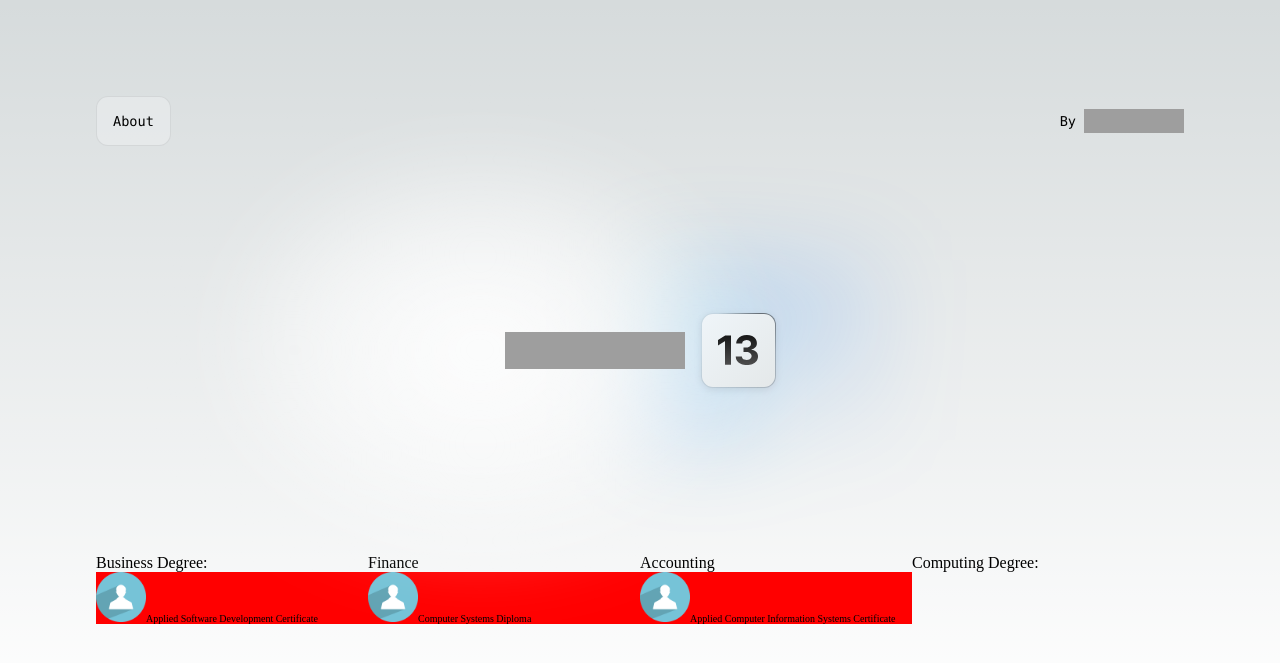
Repository: KushalK04/week3
Page: /
The author's editor kept a copy of each file at every save. The page is drawn from the files as they stood at one save, then again after the next save.
The browser window is 1280 px wide. The pictures show the whole page.
Pictures or frames that could not be fetched are drawn as grey boxes. The project was rebuilt for these pictures with package versions that can differ from the ones it lists, and the page was loaded fresh each time. The framework's server and built-in components were replaced by stand-ins that run in the browser. Also part of the build but not shown: next.config.js.

Above is the page before, as saved 2023-01-16 15:32:46.

### pages/index.js
import Head from 'next/head'
import Image from 'next/image'
import { Inter } from '@next/font/google'
import styles from '../styles/Home.module.css'
import data from '../data/education.json'
import { useState } from 'react'
import Card from '../components/Card'
import Link from 'next/link'

const inter = Inter({ subsets: ['latin'] })

export default function Home() {

  console.log(data);
  const [information, setInformation] = useState([...data])

  return (
    <>
      <Head>
        <title>Create Next App</title>
        <meta name="description" content="Generated by create next app" />
        <meta name="viewport" content="width=device-width, initial-scale=1" />
        <link rel="icon" href="/favicon.ico" />
      </Head>
      <main className={styles.main}>
        <div className={styles.description}>
          <p>
            <Link href="about">About</Link>
          </p>
          <div>
            <a
              href="https://vercel.com?utm_source=create-next-app&utm_medium=default-template&utm_campaign=create-next-app"
              target="_blank"
              rel="noopener noreferrer"
            >
              By{' '}
              <Image
                src="/vercel.svg"
                alt="Vercel Logo"
                className={styles.vercelLogo}
                width={100}
                height={24}
                priority
              />
            </a>
          </div>
        </div>

        <div className={styles.center}>
          <Image
            className={styles.logo}
            src="/next.svg"
            alt="Next.js Logo"
            width={180}
            height={37}
            priority
          />
          <div className={styles.thirteen}>
            <Image
              src="/thirteen.svg"
              alt="13"
              width={40}
              height={31}
              priority
            />
          </div>
        </div>

        <div className={styles.grid}>
          <div>Business Degree:</div>
          {
            information && information.map((info, index) => {
              if(info.department === "Business") {

                return(
                  <div key={index}>{info.degree}</div>
                )

              }

            })
          }
          <div>Computing Degree:</div>
          {
            information && information.map((info, index) => {
              if(info.department === "Computing") {

                return(
                  <Card key={index} degree={info.degree} colour="red" font="10px"/>
                )

              }

            })
          }
        </div>
      </main>
    </>
  )
}

### data/education.json
[
        {
            "studentNumber": "A0004567",
            "firstName": "Person 1",
            "gpa": 3.8,
            "department": "Business",
            "degree": "Finance",
            "graduted": 2014
        },
        {
            "studentNumber": "A0001234",
            "firstName": "Person 2",
            "gpa": 3.5,
            "department": "Business",
            "degree": "Accounting",
            "graduted": 2010
        },
        {
            "studentNumber": "A0007890",
            "firstName": "Person 3",
            "gpa": 3.2,
            "department": "Computing",
            "degree": "Applied Software Development Certificate",
            "graduted": 2018
        },
        {
            "studentNumber": "A0007828",
            "firstName": "Person 4",
            "gpa": 3.9,
            "department": "Computing",
            "degree": "Computer Systems Diploma",
            "graduted": 2021
        },
        {
            "studentNumber": "A0003425",
            "firstName": "Person 5",
            "gpa": 3.2,
            "department": "Computing",
            "degree": "Applied Computer Information Systems Certificate",
            "graduted": 2021
        }
]

### components/Card/index.js
export default function Card({
    degree = "none",
    colour = "purple",
    font = 0,
    image = 'icon/personTwo.png'
}) {
    return(
        <div style={{backgroundColor: colour, fontSize: font}}>
            {
                colour === "red" ? <img src={'icon/person.png'} width="50"/> :
                colour === "blue" ? <img src={'icon/personThree.png'} width="50"/> :
                                    <img src={image} width="50"/>
            }
            {degree}
        </div>
    )
}

Loaded but not shown: pages/_app.js (common file); pages/_document.js (common file); styles/globals.css (common file); styles/Home.module.css (common file)

After the next save:
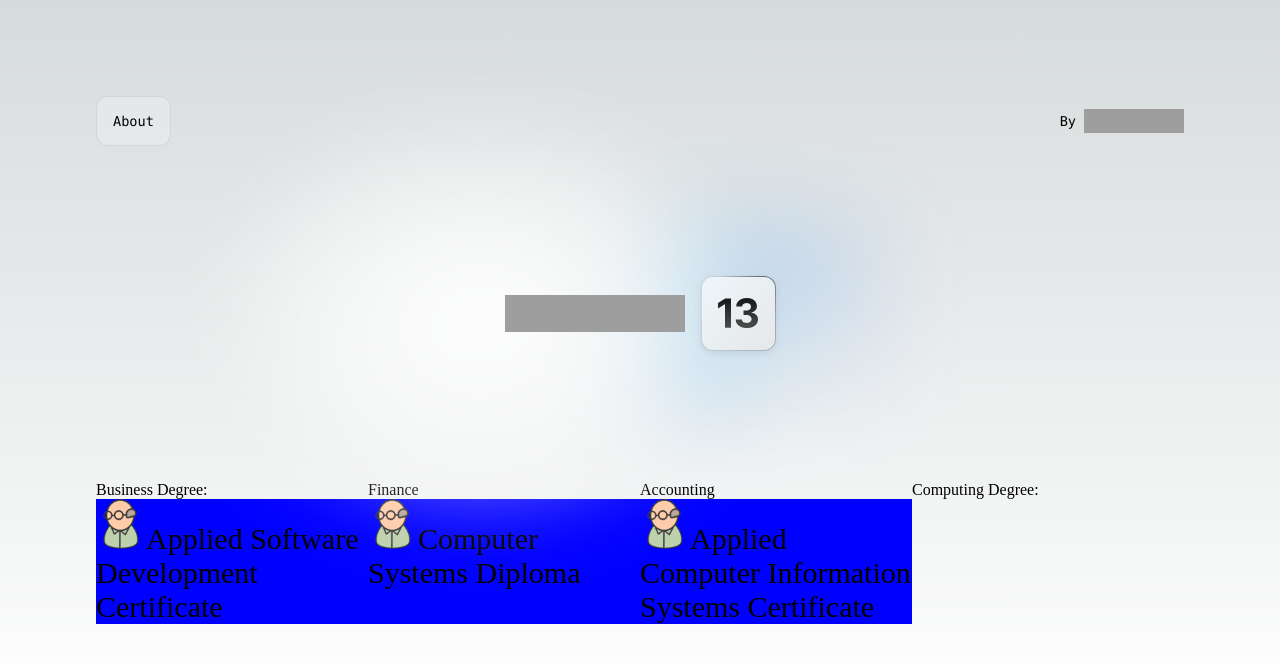
Saved 72 s later.
--- a/pages/index.js
+++ b/pages/index.js
@@ -86,7 +86,7 @@ export default function Home() {
               if(info.department === "Computing") {
 
                 return(
-                  <Card key={index} degree={info.degree} colour="red" font="10px"/>
+                  <Card key={index} degree={info.degree} colour="blue" font="30px"/>
                 )
 
               }
